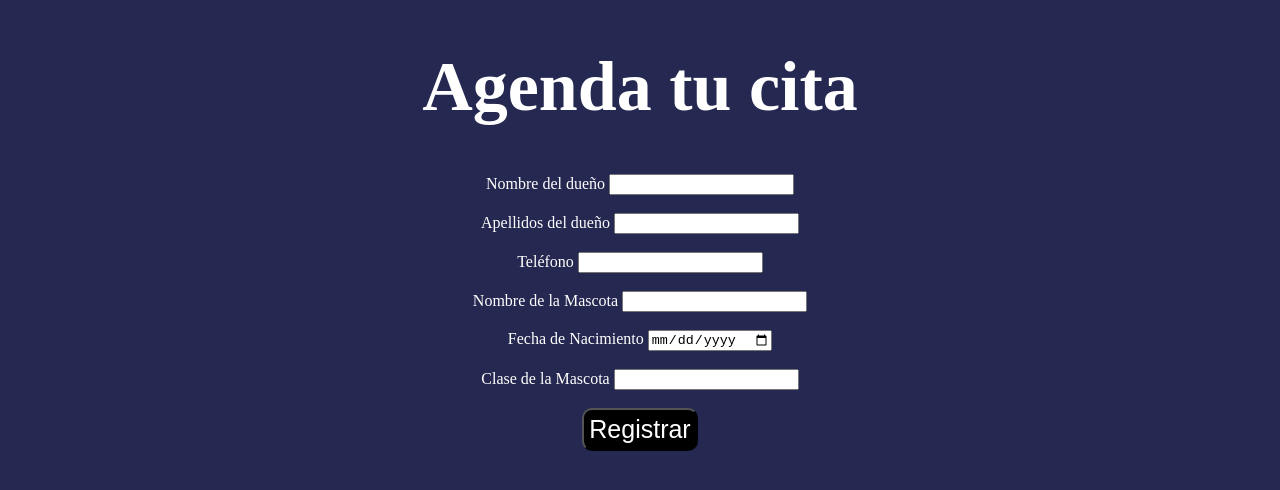
Repository: julioangarita/web-vet-cym
Page: http://localhost/register_page
The author's editor kept a record of every edit. The page is drawn from the files as they stood at one moment, then again after the next edit.
The browser window is 1280 px wide. The pictures show the whole page.
The page is served by the project's application, run on Flask 3 (server.py).

Above is the page before.

### templates/register.html
<!DOCTYPE html>
<html>
    <head>
        <meta http-equiv="content-type" content="text/html; charset=utf-8" />
        <title>Web Vet</title>
         <link rel="stylesheet" href="../static/css/styleregister.css" type="text/css" media="all" />

    </head>
    <body>
        <h1>Agenda tu cita</h1>
        <form action = "/agenda_cita" method = "post">
            <label>Nombre del dueño</label> <input type="text" name="Nombre"  /><br><br>
            <label>Apellidos del dueño</label> <input type="text" name="Apellidos" /><br><br>
            <label>Teléfono</label> <input type="tel" name="Telefono"  /><br><br>
            <label>Nombre de la Mascota</label> <input type="text" name="Mascota" /><br><br>
            <label>Fecha de Nacimiento</label> <input type="date" name = "Nacimiento" /><br><br>
            <label>Clase de la Mascota</label> <input type="text" name="Clase" /><br><br>
            <button onClick="registerUser()">Registrar</button>

        </form>
    </body>
</html>

### controller/control.py
from flask import render_template, request
from database.db import *

def func_home_page():
    return render_template('home.html')

def func_register_page():
    return render_template('register.html')

def func_consult_page():
    return render_template('consult.html')

def func_register_user():
    id = request.form["id"]
    Nombre = request.form["name"]
    Apellidos = request.form["lastname"]
    Telefono = request.form["birthday"]
    Telefono = request.form["birthday"]
    Telefono = request.form["birthday"]
    Telefono = request.form["birthday"]
    confirm_user = add_user(id, name, lastname, birthday)
    if confirm_user:
        return "<h1>The user was created sucessfully</h1>"
    else:
        return "<h1>Error: The user was not created</h1>"

def func_consult_user():
    obj_user = request.get_json()
    id = obj_user["id"]
    passw = obj_user["passw"] #es solo para pruebas no se utiliza
    result_data = consult_user(id)
    response = ""
    if result_data != False and len(result_data) != 0:
        response = {
            'status': "ok",
            'name': result_data[0][1]
        }
    else:
        response = {
            'status':"error"
        }
    return response

### routes/route.py
from controller.control import *
from server import app #el archivo server esta en la ruta raiz

@app.route("/") # el '/' significa ruta raiz
def home_page():
    return func_home_page()

@app.route("/register_page")
def register_page():
    return func_register_page()

@app.route("/consult_page")
def consult_page():
    return func_consult_page()


@app.route("/register_user", methods = ["post"]) #el metodo corresponde a los usados en html son , get post, etc
def register_user():
    return func_register_user()

@app.route("/consult_user", methods = ["post"])
def consult_user():
    return func_consult_user()

### server.py
from flask import Flask, render_template, request


app = Flask(__name__)

from routes.route import *


if __name__ =="__main__":
    host = "0.0.0.0"
    port = "80"
    app.run(host, port) #este es un metodo de flask para correr un server

### database/db.py
import pymysql

db_host = 'database-vet.cngkqius2dwz.us-east-1.rds.amazonaws.com'
db_user = 'admin'
db_password = 'Tienda123'
db_database = 'db_nexovet'
db_table = 'users'

def connectionSQL():
    try:
        connection_sql = pymysql.connect(
            host = db_host,
            user = db_user,
            password = db_password,
            database = db_database
        )
        print("Sucessfull connection to the Database")
        return connection_sql
    except Exception as err:
        print("Error connecting to the database")
        print(err)
        return None

def add_user(id, Nombre, Apellidos, Telefono, Mascota, Nacimiento, Clase):
    instruction_sql = "INSERT INTO " + db_table + "(id, Nombre, Apellidos, Telefono, Mascota, Nacimiento, Clase) VALUES ("+id+", '"+Nombre+"', '"+Apellidos+"', '"+Telefono+"', '"+Mascota+"', '"+Nacimiento+"', '"+Clase+"')"
    connection_sql = connectionSQL()
    try:
        if connection_sql != None:
            cursor = connection_sql.cursor()
            cursor.execute(instruction_sql)
            connection_sql.commit()
            print("User added")
            return True
        else:
            print("Error connecting to the database")
            return False
    except Exception as err:
        print("Error creating the user")
        print(err)
        return False

def consult_user(id):
    instruction_sql = "SELECT * FROM users WHERE id = " + id
    connection_sql = connectionSQL()
    try:
        cursor = connection_sql.cursor()
        cursor.execute(instruction_sql)
        result_data = cursor.fetchall()
        return result_data
    except Exception as err:
        print("Error", err)
        return False

### static/css/styleregister.css
button {
    font-size: 25px;
    background-color: black;
    color: white;
    border-radius: 10px;
    padding: 5px;
    margin-left: 1%;
    margin-right: 1%;
}

h1 {
    text-align: center;
    font-size: 70px;
    color: white;
}

body {
    background-color: #252850;
    color: white;

}

form{
    text-align: center;
}

After the next edit:
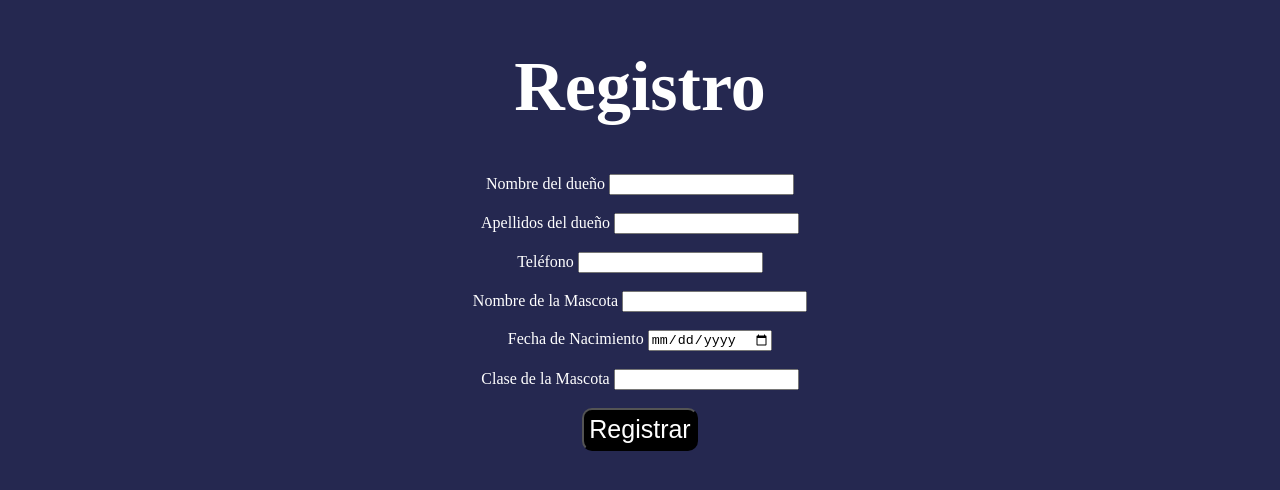
The edit:
--- a/templates/register.html
+++ b/templates/register.html
@@ -7,8 +7,8 @@
 
     </head>
     <body>
-        <h1>Agenda tu cita</h1>
-        <form action = "/agenda_cita" method = "post">
+        <h1>Registro</h1>
+        <form action = "/register_user" method = "post">
             <label>Nombre del dueño</label> <input type="text" name="Nombre"  /><br><br>
             <label>Apellidos del dueño</label> <input type="text" name="Apellidos" /><br><br>
             <label>Teléfono</label> <input type="tel" name="Telefono"  /><br><br>
